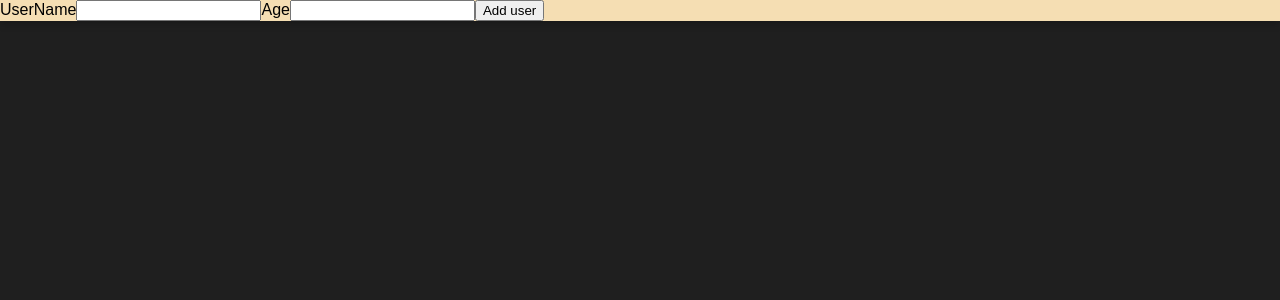
Repository: Wakkaba/08-Demo-proj
Page: /
The author's editor kept a copy of each file at every save. The page is drawn from the files as they stood at one save, then again after the next save.
The browser window is 1280 px wide. The pictures show the whole page.
The project was rebuilt for these pictures with package versions that can differ from the ones it lists, and the page was loaded fresh each time.

Above is the page before, as saved 2021-10-25 16:16:17.

### src/App.js
import React from "react";
import { AdUser } from "./components/Users/AddUser";

function App() {
  return (
    <div>
      <AdUser />
    </div>
  );
}

export default App;

### src/components/Users/AddUser.js
import React from "react";
import './AddUser.css'
import { Card } from "../UI/Card";

export const AdUser = (props) => {
  const addUserHandler = (e) => {
    e.preventDefault();
  };

  return (
    <Card className="input">
      <form onSubmit={addUserHandler}>
        <label htmlFor="username">UserName</label>
        <input id="username" type="text" />
        <label htmlFor="age">Age</label>
        <input id="age" type="number" />
        <button type="submit">Add user</button>
      </form>
    </Card>
  );
};

### src/components/UI/Card.js
import React from "react";
import "./Card.css";

export const Card = (props) => {
  return <div className="card">{props.children}</div>;
};

### src/components/UI/Card.css
.card {
    background: wheat;
    box-shadow: 0 2px 8px rgba(0, 0, 0, 0.26);
}

Loaded but not shown: public/index.html (common file); src/index.js (common file); src/index.css (common file); src/components/Users/AddUser.css (common file)

After the next save:
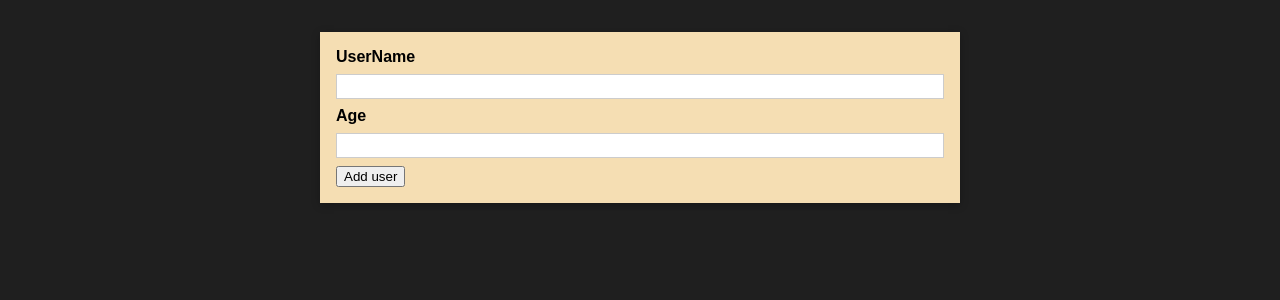
Saved 2 min 20 s later.
--- a/src/components/UI/Card.js
+++ b/src/components/UI/Card.js
@@ -2,5 +2,5 @@ import React from "react";
 import "./Card.css";
 
 export const Card = (props) => {
-  return <div className="card">{props.children}</div>;
+  return <div className={` ${'card'} ${props.className}`}>{props.children}</div>;
 };
